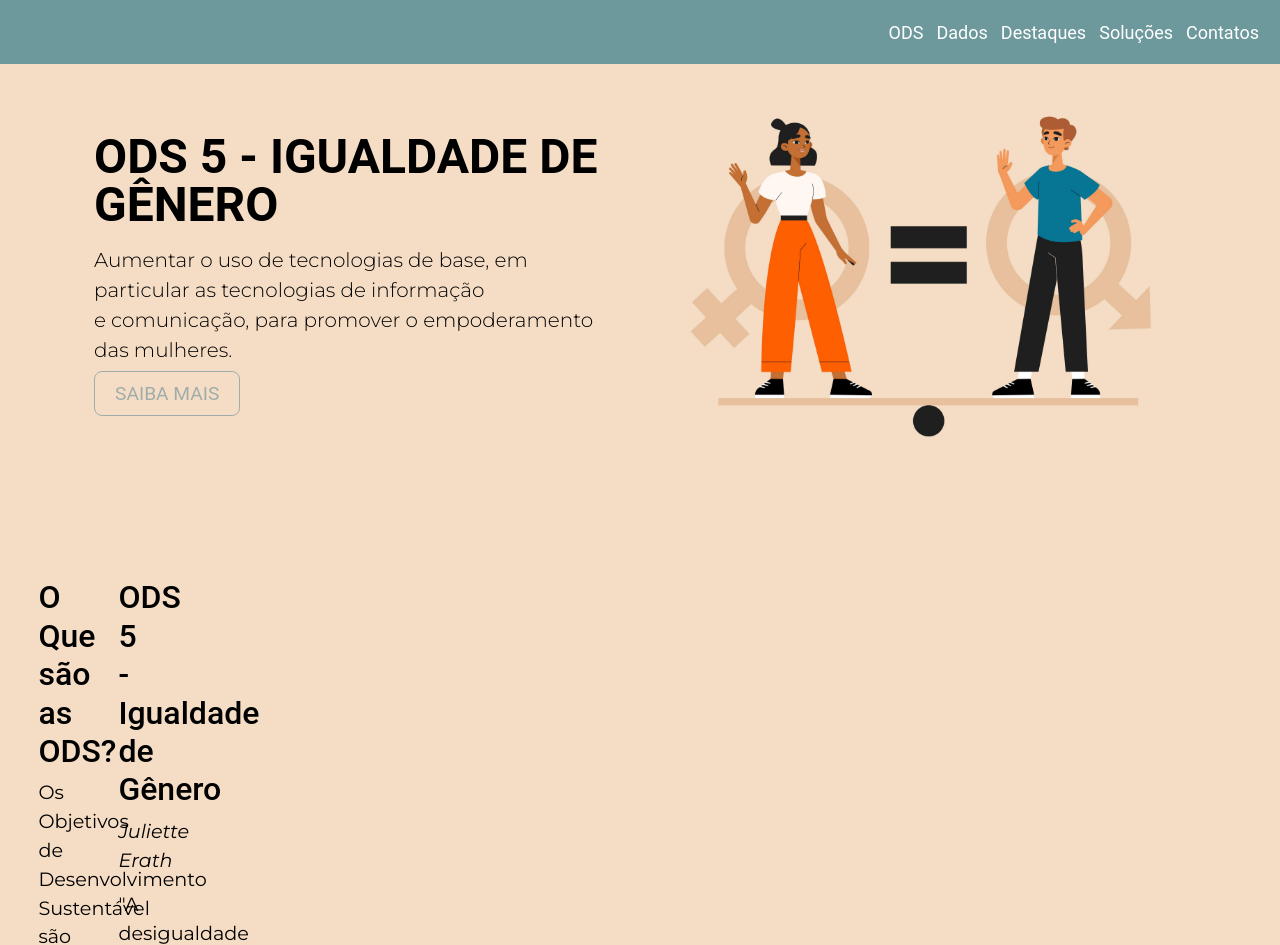
Repository: BellsBarbosa/ODS5_IGUALDADE_DE_GENERO
Page: index.html
An editor plug-in stored every save of this project. The page is shown before and after the next save, followed by the edit.
The browser window is 1280 px wide. The pictures show the part of the page from y = 0 to 945 px (the page is 5823 px tall before and 3047 px after).
Pictures or frames that could not be fetched are drawn as grey boxes. A picture or video elsewhere on the page could not be fetched, so the positions and the page height are approximate.

Above is the page before, as saved 2023-08-11 15:43:59.

### index.html
<!DOCTYPE html>
<html lang="en">

<head>
    <meta charset="UTF-8">
    <meta name="viewport" content="width=device-width, initial-scale=1.0">
    <meta name="author" content="Isabel Barbosa, Bootstrap contributors">
    <title>ODS 5 - Igualdade de Gênero</title>
    <link href="https://cdn.jsdelivr.net/npm/bootstrap@5.3.0-alpha3/dist/css/bootstrap.min.css" rel="stylesheet"
        integrity="sha384-KK94CHFLLe+nY2dmCWGMq91rCGa5gtU4mk92HdvYe+M/SXH301p5ILy+dN9+nJOZ" crossorigin="anonymous">
    <link rel="stylesheet" href="https://cdn.jsdelivr.net/npm/bootstrap-icons@1.10.5/font/bootstrap-icons.css">
    <link rel="preconnect" href="https://fonts.googleapis.com">
    <link rel="preconnect" href="https://fonts.gstatic.com" crossorigin>
    <link
        href="https://fonts.googleapis.com/css2?family=Caveat:wght@500;700&family=Kalam&family=Montserrat:ital,wght@0,300;0,400;0,500;1,400;1,500;1,600&display=swap"
        rel="stylesheet">
    <link rel="stylesheet" href="style.css">
    </script>


</head>

<body>

    <header class="header-menu">
        <nav>
            <img src="IMG/ODS5-1.jpg" alt="ODS5" width="100%" height="100%"></a>
            <ul class="lista-menu">
                <li><a href="#ods">ODS</a> </li>
                <li><a href="#dados">Dados</a></li>
                <li><a href="#destaques">Destaques</a></li>
                <li><a href="#cards">Soluções</a></li>
                <li><a href="#contato">Contatos</a></li>
            </ul>
        </nav>

    </header>


    <div class="container col-xxl-8 px-4 py-5">
        <div class="row flex-lg-row-reverse align-items-center g-5 py-5">
            <div class="col-10 col-sm-8 col-lg-6">
                <img src="IMG/4029136.jpg" class="d-block mx-lg-auto img-fluid" alt="Bootstrap Themes" loading="lazy">
            </div>
            <div class="col-lg-6">
                <h1 class="display-5 fw-bold text-body-emphasis lh-1 mb-3">ODS 5 - IGUALDADE DE GÊNERO</h1>
                <p class="lead">Aumentar o uso de tecnologias de base, em particular as tecnologias de informação
                    <br>e comunicação, para promover o empoderamento das mulheres.
                </p>
                <a href="https://brasil.un.org/pt-br/sdgs/5" class="botao" target="_blank">Saiba mais</a>
                <div class="d-grid gap-2 d-md-flex justify-content-md-start">

                </div>
            </div>
        </div>
    </div>



    <section class="container-fluid" id="ods">
        <div class="row">
            <div class="column">
                <h2 id="h2-margin">O Que são as ODS?</h2>
                <p>Os Objetivos de Desenvolvimento Sustentável são um apelo global à ação para acabar com a
                    pobreza,
                    proteger o meio ambiente e o clima e garantir que as pessoas, em todos os lugares, possam
                    desfrutar de paz e de prosperidade. Estes são os objetivos para os quais as Nações Unidas
                    estão
                    contribuindo a fim de que possamos atingir a Agenda 2030 no Brasil. O objetivo escolhido foi
                    a ODS 5.B: Aumentar o uso de tecnologias de base, em particular as
                    tecnologias de informação e comunicação, para promover o empoderamento das mulheres.
                </p>
                <img src="IMG/odssss-1-scaled.jpg" align-items="left" alt="Crédito da imagem: Estratégia Ods"
                    width="600" height="330">
                </h1>
            </div>

            <div class="column">
                <h2>ODS 5 - Igualdade de Gênero</h2>
                <p><i>Juliette Erath</i></p>
                <p>"A desigualdade de gênero é em grande parte responsável pela diferença no ambiente de
                    trabalho e
                    nas habilidades em relação a um padrão no setor de tecnologia. Para enfrentar essa
                    desigualdade
                    internacional e crescente, um esforço com empenho precisa ser feito para compreender a
                    origem
                    desse problema e solucioná-lo (...) No Brasil, em 2019, apenas 26% dos formados na área STEM
                    eram mulheres." é o que nos diz <a
                        href="https://www.ironhack.com/br/pt/blog/desigualdade-de-genero-na-tecnologia-vamos-discuti-la"
                        class="link" target="_blank">Juliette Erath em seu texto para IRONHACK.</a></p>
                <iframe width="560" height="315" src="https://www.youtube.com/embed/go-VJzRqacE"
                    title="YouTube video player" frameborder="0"
                    allow="accelerometer; autoplay; clipboard-write; encrypted-media; gyroscope; picture-in-picture; web-share"
                    allowfullscreen></iframe>
            </div>
        </div>

    </section>
    <section class="container-fluid" id="dados">
        <article class="container article-lista">
            <div class="dados">
                <h2>Dados sobre a desigualdade de gênero na tecnologia</h2>
                <ul>
                    <li> <a href="https://blog.google/intl/pt-br/novidades/por-dentro-do-google/mind-the-gap-2022-incentivando-meninas-a-ingressarem-em-carreiras-na-area-de-tecnologia/#:~:text=Segundo%20o%20estudo%20%E2%80%9CDecifrar%20o,a%20STEM%20na%20educa%C3%A7%C3%A3o%20superior."
                            class="link" target="_blank">Segundo o estudo “Decifrar o código: educação de
                            meninas e
                            mulheres em ciências, tecnologia, engenharia e matemática (STEM)” (2022), feito pela
                            ONU
                            Mulheres, 74% das mulheres se interessam por ciência, tecnologia, engenharia e
                            matemática,
                            mas apenas 30% delas escolhem campos relacionados a STEM na educação superior.</a>
                    </li> </br>
                    <a href="http://www.onumulheres.org.br/noticias/onu-mulheres-defende-investimentos-publicos-e-privados-em-igualdade-de-genero-para-aumentar-participacao-de-meninas-e-mulheres-em-ciencia-e-tecnologia/"
                        class="link" target="_blank">Em 2019 a ONU Mulheres fez o alerta global de que as
                        mulheres estão
                        fora dos principais postos de trabalho gerados pela revolução digital. Elas têm somente
                        18% dos
                        títulos de graduação em Ciências da Computação e são, atualmente, apenas 25% da força de
                        trabalho da indústria digital.</a></li> </br> </br>
                    <li> <a href="https://www.vittude.com/blog/mulheres-na-tecnologia-os-desafios-femininos-no-setor/"
                            class="link" target="_blank"> Mesmo com todas essas adversidades, o Cadastro Geral
                            de
                            Empregados e Desempregados (Caged), apontou que a participação das mulheres cresceu
                            60% nos
                            últimos cinco, passando de 27,9 mil para 44,5 em 2019. No entanto, o avanço ainda é
                            tímido e
                            elas representam somente 20% dos profissionais de tecnologia do país.</a> </li>
                    </br>
                </ul> <br>

            </div>
        </article>
    </section>
    <section class="container-fluid" id="destaques">
        <article class="container article-lista">
                <h2>Mulheres importantes na história da tecnologia</h2>
                <ul>
                    <li>
                        <p class="lista-titulo">Ada Lovelace</p>
                        <p class="lista-descricao">
                            Ela foi a primeira pessoa a escrever um algoritmo que pôde ser processado por
                            uma máquina.
                            Ada foi reconhecida depois de muitos anos e hoje ela é lembrada com celebrações.
                            Existe um
                            dia, o Ada Lovelace Day, na segunda terça-feira de outubro, que visa incentivar
                            as mulheres
                            a avançarem em matemática e ciência. Detalhe: foi sua mãe quem a estimulou a
                            estudar
                            matemática é lógica.</br>
                            </br>
                        </p>
                    </li>
                    <li>
                        <p class="lista-titulo">Grace Hopper</p>

                        <p class="lista-descricao">
                            Foi almirante e analista de sistemas da marinha dos EUA. Foi ela quem inventou o
                            termo
                            “bug”: ela estava com um problema no computador e, ao investigar, descobriu que
                            tinha um
                            inseto (bug em inglês) morto dentro dele. Ela também criou a extinta linguagem
                            de
                            programação Flow-Matic, que serviu como base para a criação do COBOL (Common
                            Business
                            Oriented Language) – usado até os dias de hoje em processamento de bancos de
                            dados
                            comerciais. </br>

                        </p>
                    </li>
                    <li>
                        <p class="lista-titulo">Mary Jackson</p>

                        <p class="lista-descricao">
                            Foi uma matemática e a primeira engenheira aeroespacial da Nasa. Ela conseguiu
                            alavancar sua
                            carreira mudando seu status de matemática para engenheira. Criou grupos de
                            mentoria para
                            mostrar o que pessoas de grupos de minoria precisavam fazer para também
                            conseguirem essa
                            promoção. </br>

                        </p>
                    </li>
                    <p class="fonte">FONTE: <a target="_blanck"
                            href="http://www.onumulheres.org.br/noticias/onu-mulheres-defende-investimentos-publicos-e-privados-em-igualdade-de-genero-para-aumentar-participacao-de-meninas-e-mulheres-em-ciencia-e-tecnologia/">Mulheres
                            em tecnologia: e se fôssemos 50%?</a></p>

            </div>

        </article>
    </section>


    <section class="container-fluid" id="cards">
        <div class="row row-cols-1 row-cols-md-3 g-4">
            <div class="col">
                <div class="card">
                    <img src="IMG/criança.jpg" class="card-img-top" alt="...">
                    <div class="card-body">
                        <h5 class="card-title text-center">Introduza meninas ao mundo da tecnologia</h5>
                        <p class="card-text justify-content-evenly">Apresentar as meninas ao mundo da tecnologia expande
                            as chances delas desenvolverem suas habilidades e criatividade,
                            proporcionando a elas a chance de inventar, criar e aprender sobre a área.</p>
                    </div>
                </div>
            </div>
            <div class="col">
                <div class="card">
                    <img src="IMG/mulher_liderança.jpg" class="card-img-top" alt="...">
                    <div class="card-body">
                        <h5 class="card-title text-center">Comemore as mulheres na liderança</h5>
                        <p class="card-text justify-content-evenly">Divulgar a jornadas de mulheres que impactaram na
                            tecnologia, e celebrar o trabalho dessas vitoriosas, irá inspirar
                            nossas meninas e mulheres a iniciar suas próprias carreiras na área tecnológica..</p>
                    </div>
                </div>
            </div>
            <div class="col">
                <div class="card">
                    <img src="IMG/parcerias.jpg" class="card-img-top" alt="...">
                    <div class="card-body">
                        <h5 class="card-title text-center">Estabeleça parcerias e oportunidades</h5>
                        <p class="card-text justify-content-evenly">Realizar parcerias com entidades que utilizam a
                            tecnologia como instrumento para diminuir a desigualdade de gênero irá
                            expandir o alcance desses projetos, aumentando assim a inserção de mulheres na
                            tecnologia.</p>
                    </div>
                </div>
            </div>

        </div>
    </section> <br>


    <footer class="rodape" id="contato">
        <div class="container">
            <div class="row">
                <div class="column">
                    <ul class="lista-rodape">
                        <li> <i class="bi bi-envelope"></i><a href="barbosa.isabelcristina@gmail.com" target="_blank"
                                class="link-icone">
                                barbosa.isabelcristina@gmail.com</a></li>
                        <li><i class="bi bi-linkedin"></i><a href="https://www.linkedin.com/in/isabel-barbosa-aa080456/"
                                target="_blank" class="link-icone"> Isabel Barbosa</a></li>
                        <li><i class="bi bi-github"></i><a href="https://github.com/BellsBarbosa" target="_blank"
                                class="link-icone">
                                BellsBarbosa</a></li>
                        <li><i class="bi bi-arrow-up-square-fill"></i><a href="#top" class="link-icone"> Topo da
                                página</a></li>

                    </ul>
                </div>
                <div class="column">
                    <ul class="lista-rodape">
                        <li>Créditos:</li>
                        <li>Imagem ODS:<a href="https://estrategiaods.org.br/" target="_blank" class="link-icone">
                                Estratégia ODS</a></li>
                        </li>
                        <li>Hero Image:<a
                                href="https://br.freepik.com/vetores-gratis/conceito-de-igualdade-de-genero_8925920.htm#query=igualdade%20de%20genero&position=0&from_view=search&track=ais">Imagem
                                de pikisuperstar</a> no Freepik</li>
                        </li>
                        <li> Video: <a href="https://www.youtube.com/watch?v=go-VJzRqacE&ab_channel=CentroCulturalLight"
                                target="_blank" class="link-icone">
                                Centro Cultural Light</a></li>
                        </li>
                        <li> Card 1: <a
                                href="https://br.freepik.com/fotos-gratis/garotinha-afro-americana-feliz-durante-videochamada-com-laptop_20052825.htm#query=meninas%20na%20tecnologia&position=14&from_view=search&track=ais">Imagem
                                de master1305</a> no Freepik
                        </li>
                        <li> Card 2: <a
                                href="https://br.freepik.com/fotos-gratis/mulher-afro-americana-confiante-com-documentos-em-papel_6882196.htm#query=mulheres%20na%20lideran%C3%A7a&position=19&from_view=search&track=ais">Imagem
                                de pch.vector</a> no Freepik
                        </li>
                        <li> Card 3: <a
                                href="https://br.freepik.com/fotos-gratis/mulheres-de-negocios-felizes-apoiando-uns-aos-outros-e-de-maos-dadas-em-um-cafe_26402023.htm#query=mulheres%20na%20lideran%C3%A7a&position=17&from_view=search&track=ais">Imagem
                                de Drazen Zigic</a> no Freepik
                        </li>
                    </ul>
                </div>
            </div>


        </div>
    </footer>

### style.css
 @import url('https://fonts.googleapis.com/css2?family=Caveat:wght@500;700&family=Kalam&family=Montserrat:ital,wght@0,300;0,400;0,500;1,400;1,500;1,600&display=swap');

 * {

   margin: 0;

   padding: 0;

   outline: 0;
 }

 body {

   font-family: 'Roboto', sans-serif;
   margin: 0;
   background-color: #f5ddc5;
   display: flex;
   min-height: 100vh;
   flex-direction: column;
   margin-top: 0%;
   position: relative;
   width: 100%;
   margin: 0 auto;
   padding: 0;

 }

 p {
   font-size: 1.2em;
   font-family: 'Montserrat', sans-serif;
   color: #000000;

 }

 a {
   color: rgb(0, 0, 0);
 }

 .h2 {
   color: #0b0b0b
 }

 li {

   list-style: none;
 }

 .header-menu {

   display: flex;
   position: fixed;
   width: 100%;
   padding: 8px;
   padding-bottom: 32px;
   padding-top: 32px;
   height: 30px;
   background-color: #6e999c;
 }

 .header-menu nav {
   display: flex;
   justify-content: flex-end;
   width: 100%;
 }

 .lista-menu {
   display: flex;
   justify-content: space-evenly;
   width: 50%;
   align-items: center;
 }

 .lista-menu li>a {
   color: #FFF;
   font-size: 18px;
   text-decoration: inherit;
 }

 .lista-titulo {
   font-weight: 600;
 }

 .lista-titulo {
   margin-bottom: 5px;
   font-size: 22px;
   color: #000000;
   font-weight: 700;
 }

 .lista-local {
   font-size: 18px;
   color: #000000;

 }

 .lista-descricao {
   font-size: 18px;
   margin-top: 5px;
   line-height: 20px;
   color: #000000;
   font-weight: 300;
 }

 .botao {
   border-radius: 8px;
   border: 1px solid #9fadaa;
   color: #9fadaa;
   font-size: 1.2em;
   line-height: 25px;
   text-align: center;
   text-decoration: none;
   text-transform: uppercase;
   padding: 10px 20px 10px 20px;
   position: relative;
   width: 200px;
 }

 .botao a {
   padding-left: 20%;
 }

 .botao a:hover {
   color: #000000;
   font-size: 1.2em;
 }


 .column {
   float: left;
   width: 50%;
   padding: 3%;
   color: #000000;
   text-align: justify;
 }

 /* Clear floats after the columns */
 .row:after {
   content: "";
   display: table;
   clear: both;
 }

 .ods {
   padding-bottom: 3%;
 }

 .dados {
   padding: 3px;
   align-content: center;
   color: #000000
 }

 .destaques {
   padding: 3px;
   align-content: center;
   color: #000000;
   padding-bottom: 3%;
   display: flex;
 }

 .cards {

   padding: 3px;
   align-content: center;
   color: #000000;
   padding-bottom: 3%;
 }

 .rodape {
   height: 300px;
   display: flex;
   align-items: center;
   background-color: #6e999c;

 }

 .lista-rodape {
   color: #000000;
   font-weight: 700;
   font-size: 20px;
   margin-bottom: 16px;
   display: flex;
   align-items: flex-start;
   flex-direction: column;

 }

 .estilo-icone {
   font-size: 32px;
   margin-right: 10px;
 }

 @media screen and (min-width: 800px) {

  .column {
    width: 6.25%;
    /* 60 / 960 = 0.0625 */
  }

  .container-fluid {
    display: flex;
    grid-template-columns: 1fr 1fr 1fr;
  }

 }

After the next save:
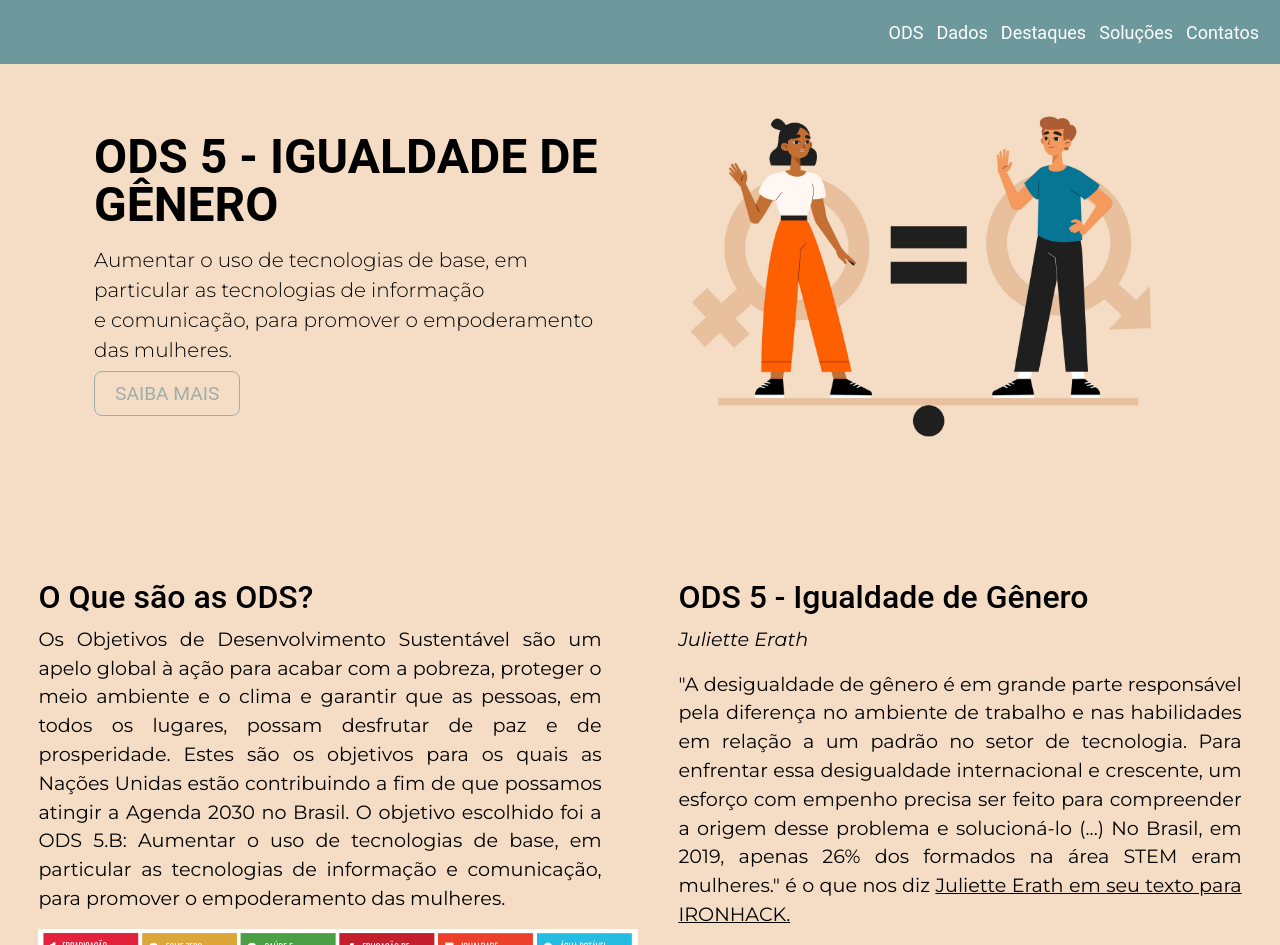
Saved 52 s later.
--- a/style.css
+++ b/style.css
@@ -192,6 +192,7 @@
 
  @media screen and (min-width: 800px) {
 
+  <meta name="viewport" content="width=device-width,initial-scale=1" />
   .column {
     width: 6.25%;
     /* 60 / 960 = 0.0625 */

After the save that followed:
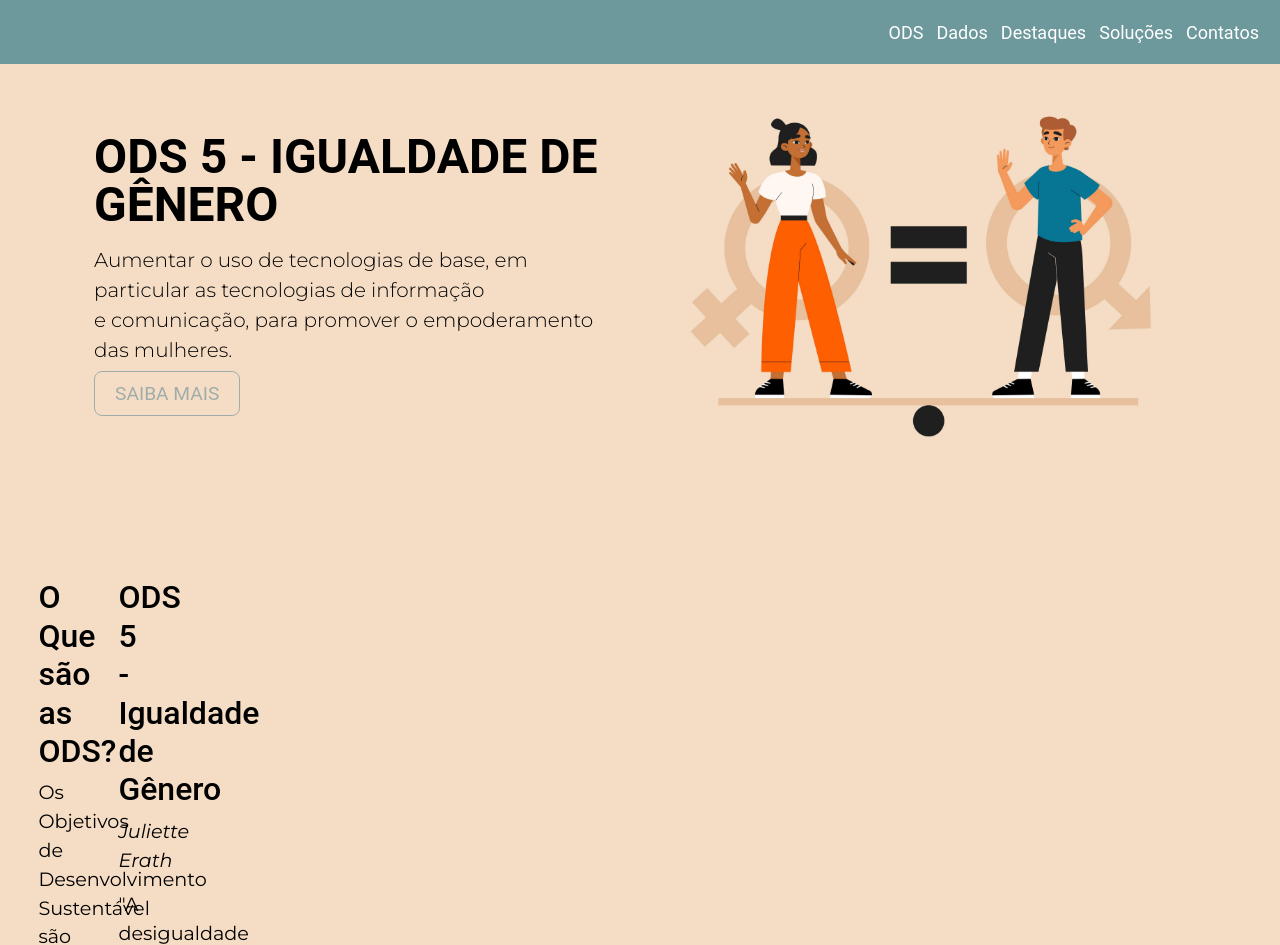
Saved 4 s later.
--- a/style.css
+++ b/style.css
@@ -192,7 +192,7 @@
 
  @media screen and (min-width: 800px) {
 
-  <meta name="viewport" content="width=device-width,initial-scale=1" />
+
   .column {
     width: 6.25%;
     /* 60 / 960 = 0.0625 */
